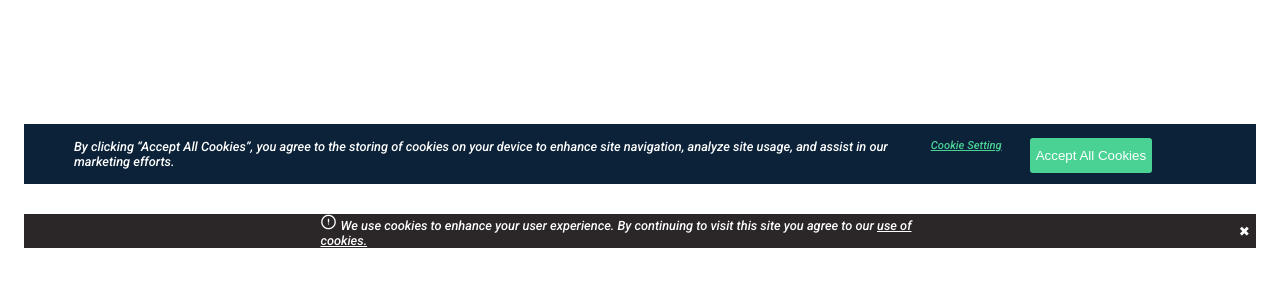
Repository: batonAnton/cursor_cookies_lectr3
Page: index.html
The author's editor kept a copy of each file at every save. The page is drawn from the files as they stood at one save, then again after the next save.
The browser window is 1280 px wide. The pictures show the whole page.

Above is the page before, as saved 2022-06-01 12:11:22.

After the next save:
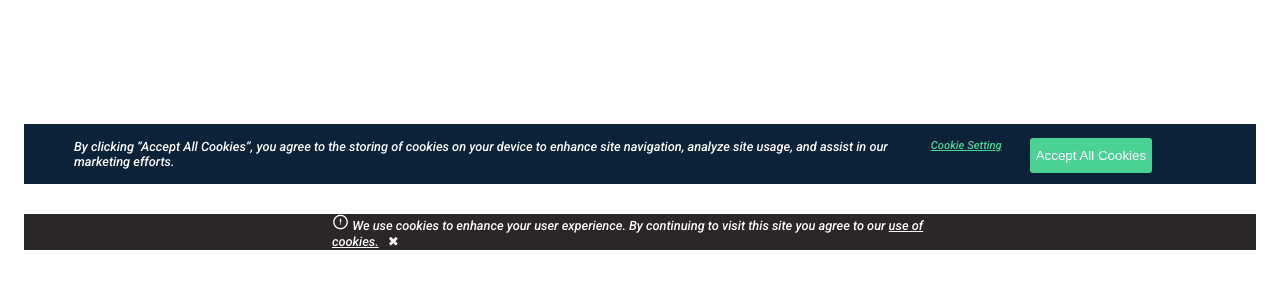
Saved 2 min 44 s later.
--- a/index.html
+++ b/index.html
@@ -19,9 +19,10 @@
         </div>
 
         <div class="banner_2">
-            <p> <img src="/images/exclamation mark.png" alt="mark"> We use cookies to enhance your user experience. By continuing to visit this site you agree to our <span class="under_span">use of cookies.</span></p>
-            <button><span>&#10006</span></button>
-        </div>
+            <p> <img src="/images/exclamation mark.png" alt="mark"> We use cookies to enhance your user experience. By continuing to visit this site you agree to our <span class="under_span">use of cookies.</span>
+                <button><span>&#10006</span></button>
+            </div></p>
+
 
     </div>
 </body>
